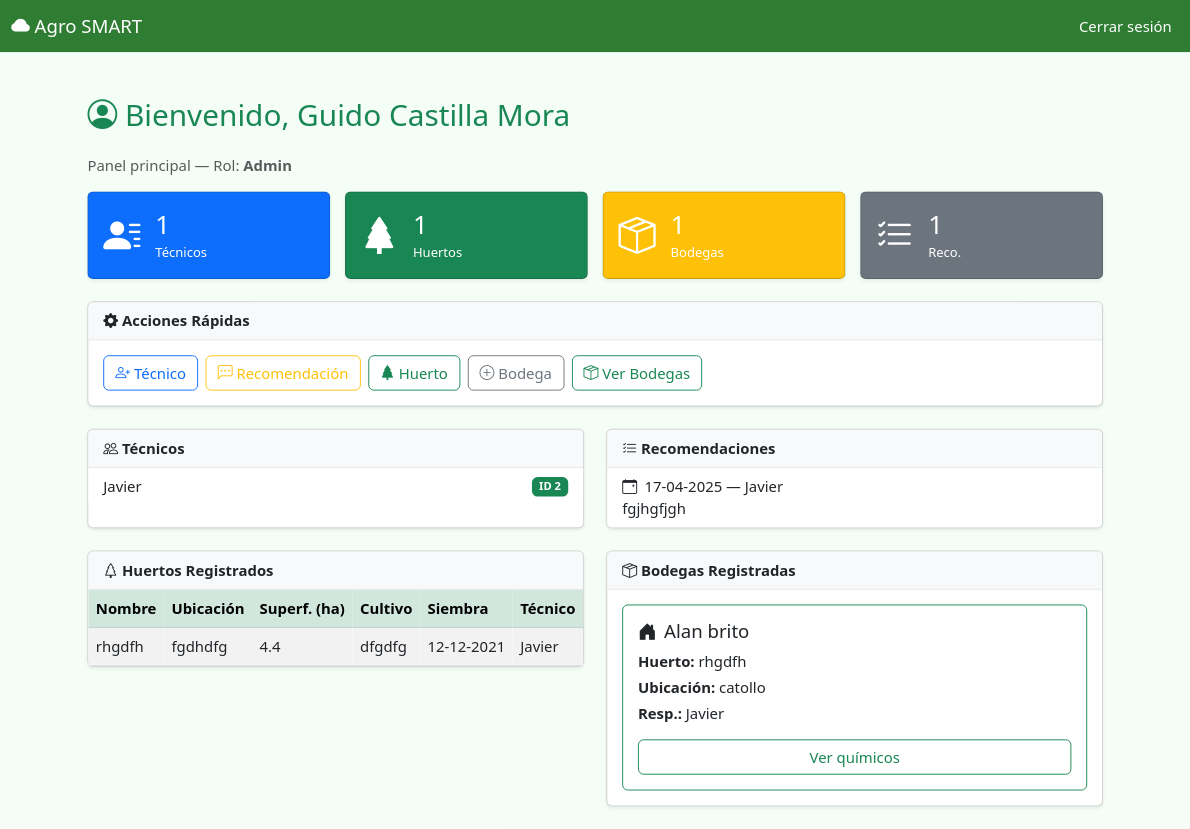
Repository: eikos4/Agrodeskv3
Page: http://localhost/admin/dashboard
These files come from the project's save history. The page is drawn as it stood at one moment and after the next save; the edit follows.
The browser window is 1280 px wide. The pictures show the whole page, at 93% of full size.
The page is served by the project's application, run on Flask 3 (app/__init__.py). The user the application loads for id 1 is signed in. Other server files are loaded and not shown. The page reads the database file committed with the project.

Above is the page before, as saved 2025-04-16 23:40:13.

### app/templates/admin/admin_dashboard.html
{% extends "base.html" %}

{% block title %}Panel Administrativo{% endblock %}

{% block content %}

<div class="container py-4">

  <!-- Título del panel -->
  <h2 class="mb-4 text-success">
    <i class="bi bi-person-circle"></i> Bienvenido, {{ current_user.name }}
  </h2>
  <p class="text-muted">Panel principal — Rol: <strong>{{ current_user.role|capitalize }}</strong></p>

  {% if notificaciones %}
  <!-- Notificaciones -->
  <div class="alert alert-light border-start border-4 border-success shadow-sm mb-4">
    <h5><i class="bi bi-bell-fill text-success"></i> Notificaciones</h5>
    <ul class="mb-0 ps-3">
      {% for n in notificaciones %}
        <li><strong>{{ n.titulo }}</strong> — {{ n.mensaje }} <small class="text-muted">({{ n.fecha.strftime('%d-%m-%Y') }})</small></li>
      {% endfor %}
    </ul>
  </div>
  {% endif %}


  {% if current_user.role == 'admin' %}
  <!-- Estadísticas generales -->
  <div class="row g-3 mb-4">
    {% set stats = [
      {'icon':'person-lines-fill','count': tecnicos|length, 'label':'Técnicos','color':'primary'},
      {'icon':'tree-fill','count': huertos|length,       'label':'Huertos','color':'success'},
      {'icon':'box-seam','count': bodegas|length,       'label':'Bodegas','color':'warning'},
      {'icon':'list-check','count': ultimas_recomendaciones|length,'label':'Reco.','color':'secondary'}
    ] %}
    {% for item in stats %}
    <div class="col-md-3">
      <div class="card text-white bg-{{ item.color }} shadow-sm h-100">
        <div class="card-body d-flex align-items-center">
          <i class="bi bi-{{ item.icon }} fs-1 me-3"></i>
          <div>
            <h3 class="mb-0">{{ item.count }}</h3>
            <small>{{ item.label }}</small>
          </div>
        </div>
      </div>
    </div>
    {% endfor %}
  </div>












  <!-- Acciones rápidas -->
  <div class="card mb-4 shadow-sm">
    <div class="card-header bg-light"><strong><i class="bi bi-gear-fill"></i> Acciones Rápidas</strong></div>
    <div class="card-body">
      <div class="d-flex flex-wrap gap-2">
        <a class="btn btn-outline-primary" href="{{ url_for('admin.crear_tecnico') }}"><i class="bi bi-person-plus"></i> Técnico</a>
        <a class="btn btn-outline-warning" href="{{ url_for('admin.recomendar') }}"><i class="bi bi-chat-left-dots"></i> Recomendación</a>
        <a class="btn btn-outline-success" href="{{ url_for('admin.crear_huerto') }}"><i class="bi bi-tree-fill"></i> Huerto</a>
        <a class="btn btn-outline-secondary" href="{{ url_for('admin.crear_bodega') }}"><i class="bi bi-plus-circle"></i> Bodega</a>
        <a class="btn btn-outline-success" href="{{ url_for('admin.listar_bodegas') }}"><i class="bi bi-box-seam"></i> Ver Bodegas</a>
      </div>
    </div>
  </div>

  <!-- Sección: Técnicos y Recomendaciones -->
  <div class="row g-4 mb-4">
    <div class="col-lg-6">
      <div class="card h-100 shadow-sm">
        <div class="card-header bg-light"><strong><i class="bi bi-people"></i> Técnicos</strong></div>
        <ul class="list-group list-group-flush">
          {% for t in tecnicos %}
            <li class="list-group-item d-flex justify-content-between align-items-center">
              {{ t.name }} <span class="badge bg-success">ID {{ t.id }}</span>
            </li>
          {% else %}
            <li class="list-group-item text-muted">No hay técnicos.</li>
          {% endfor %}
        </ul>
      </div>
    </div>
    <div class="col-lg-6">
      <div class="card h-100 shadow-sm">
        <div class="card-header bg-light"><strong><i class="bi bi-list-check"></i> Recomendaciones</strong></div>
        <ul class="list-group list-group-flush">
          {% for r in ultimas_recomendaciones %}
            <li class="list-group-item">
              <i class="bi bi-calendar-event me-2"></i>{{ r.fecha.strftime('%d-%m-%Y') }} — {{ r.tecnico.name }}
              <p class="mb-0 text-truncate">{{ r.contenido }}</p>
            </li>
          {% else %}
            <li class="list-group-item text-muted">No hay recomendaciones.</li>
          {% endfor %}
        </ul>
      </div>
    </div>
  </div>

  <!-- Sección: Huertos y Bodegas -->
  <div class="row g-4">
    <div class="col-lg-6">
      <div class="card shadow-sm">
        <div class="card-header bg-light"><strong><i class="bi bi-tree"></i> Huertos Registrados</strong></div>
        <div class="table-responsive">
          <table class="table table-striped mb-0">
            <thead class="table-success">
              <tr><th>Nombre</th><th>Ubicación</th><th>Superf. (ha)</th><th>Cultivo</th><th>Siembra</th><th>Técnico</th></tr>
            </thead>
            <tbody>
              {% for h in huertos %}
              <tr>
                <td>{{ h.nombre }}</td>
                <td>{{ h.ubicacion }}</td>
                <td>{{ h.superficie_ha }}</td>
                <td>{{ h.tipo_cultivo }}</td>
                <td>{{ h.fecha_siembra.strftime('%d-%m-%Y') }}</td>
                <td>{{ h.responsable.name }}</td>
              </tr>
              {% else %}
              <tr><td colspan="6" class="text-center text-muted">No hay huertos.</td></tr>
              {% endfor %}
            </tbody>
          </table>
        </div>
      </div>
    </div>
    <div class="col-lg-6">
      <div class="card shadow-sm">
        <div class="card-header bg-light"><strong><i class="bi bi-box-seam"></i> Bodegas Registradas</strong></div>
        <div class="card-body">
          <div class="row row-cols-1 g-3">
            {% for b in bodegas %}
            <div class="col">
              <div class="card border-success h-100">
                <div class="card-body d-flex flex-column justify-content-between">
                  <div>
                    <h5><i class="bi bi-house-door-fill me-2"></i>{{ b.nombre }}</h5>
                    <p class="mb-1"><strong>Huerto:</strong> {{ b.huerto.nombre if b.huerto else '—' }}</p>
                    <p class="mb-1"><strong>Ubicación:</strong> {{ b.ubicacion or '—' }}</p>
                    <p class="mb-0"><strong>Resp.:</strong> {{ b.responsable.name if b.responsable else '—' }}</p>
                  </div>
                  <a href="{{ url_for('admin.ver_quimicos', bodega_id=b.id) }}" class="btn btn-outline-success mt-3">Ver químicos</a>
                </div>
              </div>
            </div>
            {% else %}
            <div class="col"><div class="alert alert-info text-center mb-0">No hay bodegas.</div></div>
            {% endfor %}
          </div>
        </div>
      </div>
    </div>
  </div>

  {% endif %}
</div>
{% endblock %}

### app/templates/base.html
<!DOCTYPE html>
<html lang="es">
<head>
    <meta charset="UTF-8">
    <title>{% block title %}AgroSMART{% endblock %}</title>
    <meta name="viewport" content="width=device-width, initial-scale=1">

    <!-- Bootstrap 5 -->
    <link href="https://cdn.jsdelivr.net/npm/bootstrap@5.3.0/dist/css/bootstrap.min.css" rel="stylesheet">

    <!-- Iconos de Bootstrap -->
    <link href="https://cdn.jsdelivr.net/npm/bootstrap-icons@1.10.5/font/bootstrap-icons.css" rel="stylesheet">

    <style>
        body {
            background-color: #f4fdf6;
        }
        .navbar-agro {
            background-color: #2e7d32; /* Verde oscuro */
        }
        .navbar-agro .nav-link,
        .navbar-agro .navbar-brand {
            color: #ffffff !important;
        }
        .navbar-agro .nav-link:hover {
            color: #c8e6c9 !important;
        }
        .btn-agro {
            background-color: #43a047;
            color: white;
        }
        .btn-agro:hover {
            background-color: #388e3c;
        }
    </style>
</head>
<body>

<nav class="navbar navbar-expand-lg navbar-agro">
  <div class="container-fluid">
    <a class="navbar-brand" href="{{ url_for('main.index') }}">
        <i class="bi bi-cloud-fill"></i> Agro SMART
    </a>
    <button class="navbar-toggler" type="button" data-bs-toggle="collapse" data-bs-target="#navbarNav">
      <span class="navbar-toggler-icon"></span>
    </button>
    <div class="collapse navbar-collapse justify-content-end" id="navbarNav">
      <ul class="navbar-nav">
        {% if current_user.is_authenticated %}
          <li class="nav-item">
            <a class="nav-link" href="{{ url_for('auth.logout') }}">Cerrar sesión</a>
          </li>
        {% endif %}
      </ul>
    </div>
  </div>
</nav>

<div class="container mt-4">
  {% with messages = get_flashed_messages(with_categories=true) %}
    {% if messages %}
      {% for category, message in messages %}
        <div class="alert alert-{{ category }} alert-dismissible fade show" role="alert">
          {{ message }}
          <button type="button" class="btn-close" data-bs-dismiss="alert" aria-label="Close"></button>
        </div>
      {% endfor %}
    {% endif %}
  {% endwith %}

  {% block content %}{% endblock %}
</div>

<!-- Bootstrap JS (opcional para alertas, menú móvil, etc.) -->
<script src="https://cdn.jsdelivr.net/npm/bootstrap@5.3.0/dist/js/bootstrap.bundle.min.js"></script>
</body>
</html>

### app/__init__.py
from flask import Flask, render_template
from flask_sqlalchemy import SQLAlchemy
from flask_login import LoginManager
from flask_migrate import Migrate
import os

db = SQLAlchemy()
login_manager = LoginManager()
migrate = Migrate()

def create_app():
    app = Flask(__name__)

    # Cargar la configuración del objeto Config definido en config.py.
    # Se recomienda usar variables de entorno para datos sensibles.
    app.config.from_object('config.Config')

    # Inicializar extensiones
    db.init_app(app)
    login_manager.init_app(app)
    migrate.init_app(app, db)

    # Configurar el login manager
    login_manager.login_view = "auth.login"        # Ruta o endpoint de la página de login
    login_manager.login_message_category = "info"   # Categoría para mensajes flash

    # Importar los modelos después de inicializar las extensiones para evitar ciclos
    from app.models import User

    @login_manager.user_loader
    def load_user(user_id):
        return User.query.get(int(user_id))

    # Registro de Blueprints
    from .routes.auth import auth_bp
    from .routes.admin import admin_bp
    from .routes.tecnico import tecnico_bp  # type: ignore
    from .routes.main import main_bp
    from flask_login import current_user

    app.register_blueprint(auth_bp)
    app.register_blueprint(admin_bp)
    app.register_blueprint(tecnico_bp)
    app.register_blueprint(main_bp)

    # Registro de manejadores de errores personalizados
    @app.errorhandler(404)
    def not_found_error(error):
        return render_template("404.html"), 404

    @app.context_processor
    def inject_user():
        return dict(user=current_user)


    @app.errorhandler(500)
    def internal_error(error):
        # Rollback de la sesión si ocurre un error interno para evitar bloqueos de transacciones
        db.session.rollback()
        return render_template("500.html"), 500

    return app

### app/routes/admin.py
from flask import Blueprint, render_template, redirect, url_for, flash, request
from flask_login import login_required, current_user
from werkzeug.security import generate_password_hash
from functools import wraps
from app.forms import CreateTechnicianForm, RecommendationForm, HuertoForm, BodegaForm
from app.models import User, Recomendacion, Huerto, Bodega
from app import db

admin_bp = Blueprint('admin', __name__)

# Decorador para asegurar que el usuario tenga rol de administrador
def admin_required(f):
    @wraps(f)
    def decorated_function(*args, **kwargs):
        if current_user.role != 'admin':
            flash("Acceso no autorizado", "danger")
            return redirect(url_for('main.dashboard'))
        return f(*args, **kwargs)
    return decorated_function

@admin_bp.route('/crear_tecnico', methods=['GET', 'POST'])
@login_required
@admin_required
def crear_tecnico():
    form = CreateTechnicianForm()
    if form.validate_on_submit():
        hashed_pw = generate_password_hash(form.password.data)
        new_user = User(
            name=form.name.data,
            email=form.email.data,
            password=hashed_pw,
            role="tecnico",
            created_by=current_user.id
        )
        db.session.add(new_user)
        db.session.commit()
        flash("Técnico creado exitosamente", "success")
        return redirect(url_for('main.dashboard'))
    return render_template("crear_tecnico.html", form=form)

@admin_bp.route('/recomendar', methods=['GET', 'POST'])
@login_required
@admin_required
def recomendar():
    form = RecommendationForm()
    form.tecnico_id.choices = [(u.id, u.name) for u in User.query.filter_by(role="tecnico").all()]
    if form.validate_on_submit():
        recomendacion = Recomendacion(
            contenido=form.contenido.data,
            tecnico_id=form.tecnico_id.data
        )
        db.session.add(recomendacion)
        db.session.commit()
        flash("Recomendación asignada", "success")
        return redirect(url_for('main.dashboard'))
    return render_template("recomendar.html", form=form)

@admin_bp.route('/crear_huerto', methods=['GET', 'POST'])
@login_required
@admin_required
def crear_huerto():
    form = HuertoForm()
    # Llena el select con los técnicos disponibles
    form.responsable_id.choices = [(t.id, t.name) for t in User.query.filter_by(role="tecnico").all()]
    if form.validate_on_submit():
        nuevo_huerto = Huerto(
            nombre=form.nombre.data,
            ubicacion=form.ubicacion.data,
            superficie_ha=form.superficie_ha.data,
            tipo_cultivo=form.tipo_cultivo.data,
            fecha_siembra=form.fecha_siembra.data,
            responsable_id=form.responsable_id.data
        )
        db.session.add(nuevo_huerto)
        db.session.commit()
        flash("Huerto creado exitosamente ✅", "success")
        return redirect(url_for('main.dashboard'))
    return render_template("huerto_form.html", form=form)

@admin_bp.route('/bodegas')
@login_required
@admin_required
def listar_bodegas():
    bodegas = Bodega.query.order_by(Bodega.nombre.asc()).all()
    return render_template("bodegas.html", bodegas=bodegas)

@admin_bp.route('/crear_bodega', methods=['GET', 'POST'])
@login_required
@admin_required
def crear_bodega():
    form = BodegaForm()
    # Cargar huertos y técnicos
    form.huerto_id.choices = [(h.id, h.nombre) for h in Huerto.query.all()]
    form.responsable_id.choices = [(0, "--- Sin asignar ---")] + [(t.id, t.name) for t in User.query.filter_by(role="tecnico")]
    if form.validate_on_submit():
        responsable_id = form.responsable_id.data if form.responsable_id.data != 0 else None
        nueva_bodega = Bodega(
            nombre=form.nombre.data,
            ubicacion=form.ubicacion.data,
            huerto_id=form.huerto_id.data,
            responsable_id=responsable_id
        )
        db.session.add(nueva_bodega)
        db.session.commit()
        flash("Bodega registrada correctamente ✅", "success")
        return redirect(url_for('admin.listar_bodegas'))
    return render_template("bodega_form.html", form=form)

@admin_bp.route('/bodega/<int:bodega_id>/quimicos')
@login_required
@admin_required
def ver_quimicos(bodega_id):
    # Aquí podrías expandir la lógica para listar químicos de la bodega
    return f"Químicos de la bodega {bodega_id}"

@admin_bp.route('/admin/dashboard')
@login_required
@admin_required
def admin_dashboard():
    bodegas = Bodega.query.order_by(Bodega.nombre.asc()).all()
    tecnicos = User.query.filter_by(role='tecnico').all()
    huertos = Huerto.query.order_by(Huerto.nombre.asc()).all()       # <-- Añadido
    ultimas_recomendaciones = (
        Recomendacion.query
        .order_by(Recomendacion.fecha.desc())
        .limit(5)
        .all()
    )
    return render_template(
        'admin/admin_dashboard.html',
        bodegas=bodegas,
        tecnicos=tecnicos,
        huertos=huertos,                                          # <-- Añadido
        ultimas_recomendaciones=ultimas_recomendaciones
    )

@admin_bp.route('/admin/actualizar_recomendacion/<int:recomendacion_id>', methods=['POST'])
@login_required
@admin_required
def actualizar_recomendacion(recomendacion_id):
    recomendacion = Recomendacion.query.get_or_404(recomendacion_id)
    recomendacion.estado = request.form['estado']
    db.session.commit()
    flash("Estado de la recomendación actualizado exitosamente", "success")
    return redirect(url_for('admin.admin_dashboard'))

### instance/agrocloud.db (the tables this page reads, as SQL)
CREATE TABLE bodegas (
	id INTEGER NOT NULL, 
	nombre VARCHAR(100) NOT NULL, 
	ubicacion VARCHAR(100), 
	responsable_id INTEGER, 
	huerto_id INTEGER NOT NULL, 
	created_at DATETIME, 
	updated_at DATETIME, 
	PRIMARY KEY (id), 
	FOREIGN KEY(huerto_id) REFERENCES huertos (id), 
	FOREIGN KEY(responsable_id) REFERENCES users (id)
);
INSERT INTO "bodegas" VALUES
(1, 'Alan brito', 'catollo', 2, 1, '2025-04-17 23:33:51.121613', '2025-04-17 23:33:51.121618');

CREATE TABLE huertos (
	id INTEGER NOT NULL, 
	nombre VARCHAR(100) NOT NULL, 
	ubicacion VARCHAR(200), 
	superficie_ha FLOAT, 
	tipo_cultivo VARCHAR(100), 
	fecha_siembra DATE, 
	responsable_id INTEGER, 
	created_at DATETIME, 
	updated_at DATETIME, 
	PRIMARY KEY (id), 
	FOREIGN KEY(responsable_id) REFERENCES users (id)
);
INSERT INTO "huertos" VALUES
(1, 'rhgdfh', 'fgdhdfg', 4.4, 'dfgdfg', '2021-12-12', 2, '2025-04-17 23:33:06.089359', '2025-04-17 23:33:06.089369');

CREATE TABLE recomendacion (
	id INTEGER NOT NULL, 
	contenido TEXT NOT NULL, 
	fecha DATETIME, 
	categoria VARCHAR(100), 
	estado VARCHAR(20), 
	adjunto VARCHAR(200), 
	tecnico_id INTEGER, 
	autor_id INTEGER, 
	PRIMARY KEY (id), 
	FOREIGN KEY(autor_id) REFERENCES users (id), 
	FOREIGN KEY(tecnico_id) REFERENCES users (id)
);
INSERT INTO "recomendacion" VALUES
(1, 'fgjhgfjgh', '2025-04-17 23:45:08.317837', NULL, 'pendiente', NULL, 2, NULL);

CREATE TABLE users (
	id INTEGER NOT NULL, 
	name VARCHAR(100) NOT NULL, 
	email VARCHAR(150) NOT NULL, 
	password VARCHAR(200) NOT NULL, 
	role VARCHAR(20) NOT NULL, 
	created_by INTEGER, 
	created_at DATETIME, 
	updated_at DATETIME, 
	PRIMARY KEY (id), 
	FOREIGN KEY(created_by) REFERENCES users (id)
);
INSERT INTO "users" VALUES
(1, 'Guido Castilla Mora', 'guido@agrocloud.cl', 'scrypt:32768:8:1$UcWMlIv4oViOaPQj$4d5777988d157cd96fb4feac4110ea1bd0b5c715f32791a37922e6941c228e9e4a723003b095e46d76f2f310074ab29ee94bd776404a8144e13cb43c19d4e559', 'admin', NULL, '2025-04-17 23:16:18.435664', '2025-04-17 23:16:18.435670'),
(2, 'Javier', 'swap.1319@gmail.com', 'scrypt:32768:8:1$6y2Fs4lw9H8hl7u6$885c992452306bc98f13c96bcb742ceadf1163ed18b430c5432c8e8348a8c488ac66ad511bedece8ab926819446097d01a13d8a0e0b2642220f0106ab8d197e6', 'tecnico', 1, '2025-04-17 23:17:48.669882', '2025-04-17 23:18:13.070963');

After the next save:
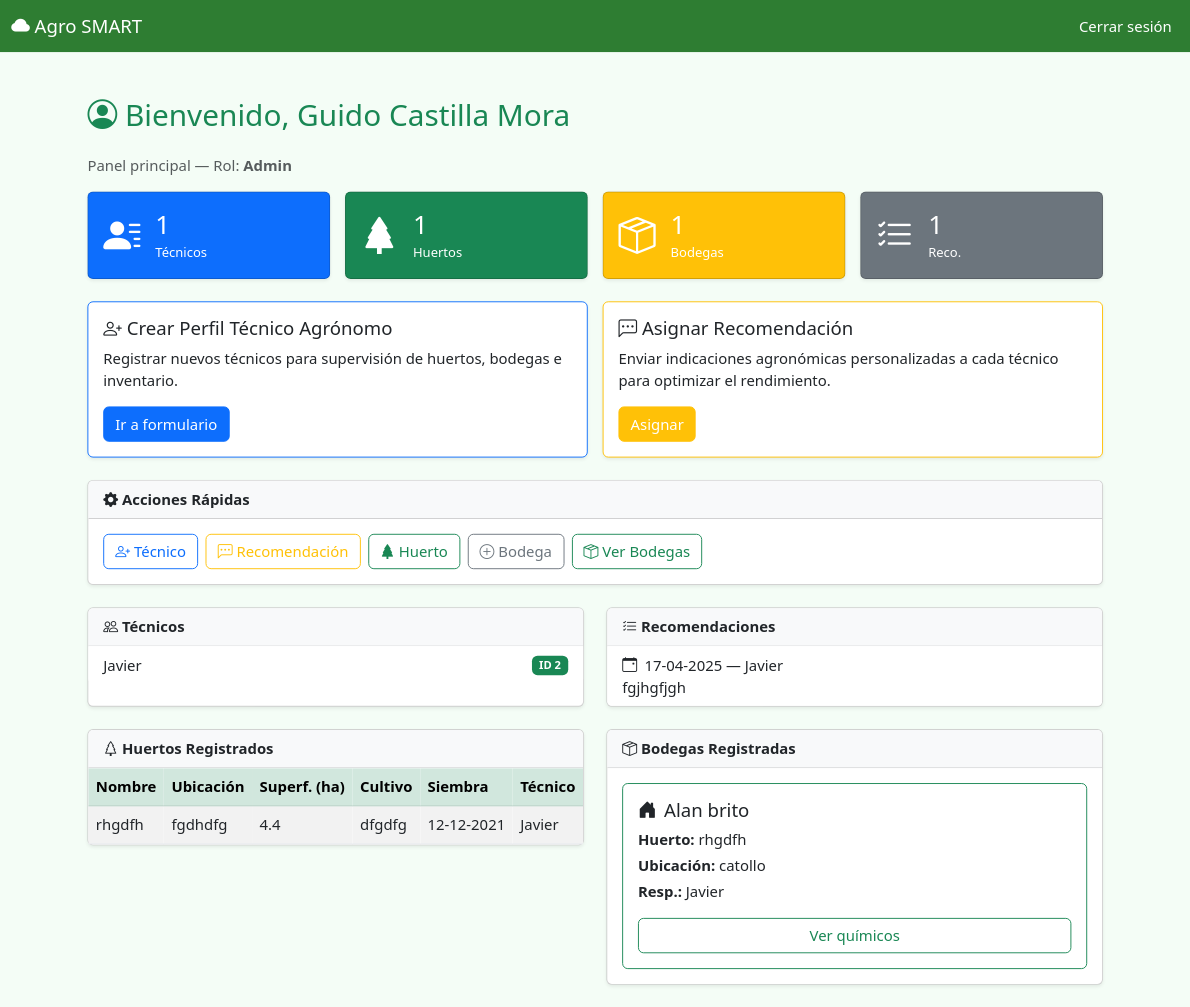
Saved 17 s later.
--- a/app/templates/admin/admin_dashboard.html
+++ b/app/templates/admin/admin_dashboard.html
@@ -49,7 +49,26 @@
     {% endfor %}
   </div>
 
-
+  <div class="row g-3 mb-4">
+    <div class="col-md-6">
+      <div class="card border-primary shadow-sm h-100">
+        <div class="card-body">
+          <h5 class="card-title"><i class="bi bi-person-plus"></i> Crear Perfil Técnico Agrónomo</h5>
+          <p class="card-text">Registrar nuevos técnicos para supervisión de huertos, bodegas e inventario.</p>
+          <a href="{{ url_for('admin.crear_tecnico') }}" class="btn btn-primary">Ir a formulario</a>
+        </div>
+      </div>
+    </div>
+    <div class="col-md-6">
+      <div class="card border-warning shadow-sm h-100">
+        <div class="card-body">
+          <h5 class="card-title"><i class="bi bi-chat-left-dots"></i> Asignar Recomendación</h5>
+          <p class="card-text">Enviar indicaciones agronómicas personalizadas a cada técnico para optimizar el rendimiento.</p>
+          <a href="{{ url_for('admin.recomendar') }}" class="btn btn-warning text-white">Asignar</a>
+        </div>
+      </div>
+    </div>
+  </div>
 
 
 
